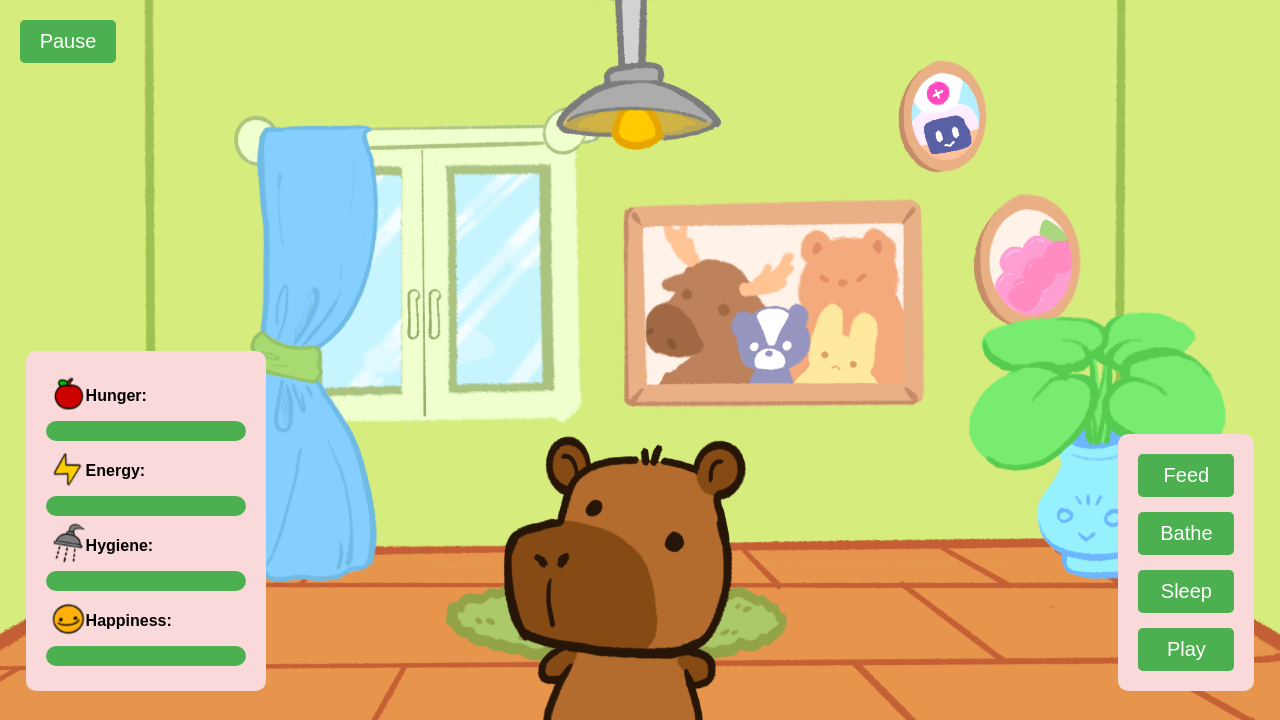
Repository: sarahjx/CapyCare
Page: html/index.html
These files come from the project's save history. The page is drawn as it stood at one moment and after the next save; the edit follows.
The browser window is 1280 px wide. The pictures show the whole page.
Some web fonts or font styles are not loaded; a fallback is used.

Above is the page before, as saved 2025-05-01 15:08:59.
Console error: TypeError: Cannot set properties of null (setting 'innerText')

### html/index.html
<!-- @format -->

<!DOCTYPE html>
<html lang="en">
  <head>
    <meta charset="UTF-8" />
    <meta name="viewport" content="width=device-width, initial-scale=1.0" />
    <title>Virtual Pet Game</title>
    <link rel="preconnect" href="https://fonts.googleapis.com">
    <link rel="preconnect" href="https://fonts.gstatic.com" crossorigin>
    <link href="https://fonts.googleapis.com/css2?family=McLaren&display=swap" rel="stylesheet">
    <link rel="stylesheet" href="../css/statusbar.css" />
  </head>
  <body>

    <div class="pet-container">
      <img class="pet-image" src="../images/capybara.png" alt="capybara" />
    </div>

    <div class="status-bar-container">

      <div class="status-bar">
        <div class="status-icon-container">
        <span class="hunger-icon"><img src="../images/hunger.svg" alt="hunger icon"></span>
        <span class="status-label">Hunger:</span>
        </div>
        <div class="status-progress">
          <div id="hunger-fill" class="status-fill"></div>
        </div>
        <div id="hunger-warning" class="warning"></div>
      </div>

      <div class="status-bar">
        <div class="status-icon-container">
        <span class="energy-icon"><img src="../images/energy.svg" alt="energy icon"></span>
        <span class="status-label">Energy:</span>
        </div>
        <div class="status-progress">
          <div id="energy-fill" class="status-fill"></div>
        </div>
        <div id="energy-warning" class="warning"></div>
      </div>

      <div class="status-bar">
        <div class="status-icon-container">
        <span class="hygiene-icon"><img src="../images/hygiene.svg" alt="hygiene icon"></span>
        <span class="status-label">Hygiene:</span>
        </div>
        <div class="status-progress">
          <div id="hygiene-fill" class="status-fill"></div>
        </div>
        <div id="hygiene-warning" class="warning"></div>
      </div>

      <div class="status-bar">
        <div class="status-icon-container">
        <span class="happiness-icon"><img src="../images/happiness.svg" alt="hygiene icon"></span>
        <span class="status-label">Happiness:</span>
        </div>
        <div class="status-progress">
          <div id="happiness-fill" class="status-fill"></div>
        </div>
        <div id="happiness-warning" class="warning"></div>
      </div>
    </div>

      <div class="action-buttons">
        <button class="action-button" onclick="feedPet(currentPet)">Feed</button>
        <button class="action-button" onclick="bathePet(currentPet)">Bathe</button>
        <button class="action-button" onclick="bedtime(currentPet)">Sleep</button>
        <button class="action-button" onclick="touchPet(currentPet)">Play</button>
      </div>
      <button class="pause-button" onclick="togglePause()" class="pause-button">
        Pause
      </button>
    </div>

    <div id="gameOverOverlay" class="game-over-overlay">
      <div class="game-over-content">
        <h2>Game Over</h2>
        <p id="gameOverMessage"></p>
        <button onclick="resetGame()">Restart</button>
      </div>
    </div>

    <script src="../backend/status.js"></script>
  </body>
</html>

### css/statusbar.css
/** @format */

:root {
  --primary-color: #f9d9d9;
  --secondary-color: #d9e7f9;
  --tertiary-color: #fff1fb;
  --accent-color: #f7efd7;
  --text-color: #333;
  --spacing-xs: 0.5rem;
  --spacing-sm: 0.75rem;
  --spacing-md: 1rem;
  --spacing-lg: 1.5rem;
  --spacing-xl: 2rem;
  --spacing-xxl: 3rem;
  --font-family: "McLaren", sans-serif;
  --font-size-xs: 0.75rem;
  --font-size-sm: 0.875rem;
  --font-size-md: 1rem;
  --font-size-lg: 1.125rem;
  --font-size-xl: 1.25rem;
  --font-size-xxl: 1.5rem;
}

body {
  font-family: var(--font-family);
  margin: 0 auto;
  padding: 20px;
  background-image: url("../images/room.png");
  background-size: cover;
  background-repeat: no-repeat;
  background-attachment: fixed;
  background-position: center;
  transition: background-image 0.3s ease;
}

body.lights-off {
  background-image: url("../images/room-lights-off.png");
}

.pet-container {
  display: flex;
  flex-direction: column;
  align-items: center;
  justify-content: center;
}

.pet-image {
  transform: scale(0.3);
  position: fixed;
  margin-top: 1200px;
}

.status-bar-container {
  position: fixed;
  background-color: var(--primary-color);
  padding: 20px;
  border-radius: 10px;
  display: inline-flex;
  flex-direction: column;
  bottom: 4%;
  left: 2%;
}

.status-icon-container {
  display: flex;
  align-items: center;
  margin-bottom: 0;
}

.hunger-icon,
.energy-icon,
.happiness-icon,
.hygiene-icon {
  width: 10px;
  height: auto;
  margin-right: 30px;
}

.status-bar {
  margin: 0;
}

.status-label {
  display: inline-block;
  width: 100px;
  font-weight: bold;
  margin: 0;
}

.status-progress {
  width: 200px;
  height: 20px;
  background-color: #ffffff;
  border-radius: 10px;
  overflow: hidden;
  position: relative;
}

.status-fill {
  height: 100%;
  width: 100%;
  position: absolute;
  left: 0;
  top: 0;
  background-color: #4caf50;
  transition: width 0.3s ease;
}

.status-row {
  display: flex;
  align-items: center;
  gap: 10px;
  margin-bottom: 10px;
}

.status-icon {
  width: 24px;
  height: 24px;
}

.status-value {
  min-width: 50px;
  text-align: right;
  font-weight: bold;
  color: #333;
}

.action-buttons {
  margin-top: 20px;
  display: inline-flex;
  flex-direction: column;
  padding: 20px;
  border-radius: 10px;
  gap: 15px;
  background-color: var(--primary-color);
  position: fixed;
  right: 2%;
  bottom: 4%;
}

button {
  padding: 10px;
  border: none;
  border-radius: 5px;
  background-color: #4caf50;
  color: white;
  cursor: pointer;
  transition: background-color 0.3s;
  width: 6rem;
  font-family: var(--font-family);
  font-weight: 7pt;
  font-size: var(--font-size-xl);
}

button:hover {
  background-color: #45a049;
}

.warning {
  color: #ff9800;
  font-weight: bold;
  margin-top: 5px;
}

.critical {
  color: #f44336;
  font-weight: bold;
  margin-top: 5px;
}

.hidden {
  display: none;
}

.game-over-overlay {
  position: fixed;
  top: 0;
  left: 0;
  right: 0;
  bottom: 0;
  width: 100%;
  height: 100%;
  background-color: rgba(0, 0, 0, 0.2);
  display: none;
  z-index: 1000;
  margin: 0;
  padding: 0;
}

.game-over-content {
  position: fixed;
  flex-direction: column;
  justify-content: center;
  align-items: center;
  left: 50%;
  top: 50%;
  transform: translate(-50%, -50%);
  padding: 50px;
  background-color: rgba(0, 0, 0, 0.5);
  color: white;
  border-radius: 10px;
  z-index: 1001;
  min-width: 300px;
}

### backend/status.js
/** @format */

function Personality(favFood, active, clean, clingy, foodLover, introText) {
  this.favFood = favFood;
  this.active = active;
  this.clean = clean;
  this.clingy = clingy;
  this.foodLover = foodLover;
  this.intro = introText;
}

const mix1 = new Personality(
  "Sunfruit",
  true,
  true,
  true,
  true,
  "This pet is energetic and playful, always ready to explore or play. They love the taste of Sunfruit and will happily eat it when offered, but they'll need constant attention, so expect lots of petting and cuddling. Despite their active nature, they stay clean and are easy to bathe. This pet loves affection and will return it in kind!"
);
const mix2 = new Personality(
  "Snakberry",
  true,
  true,
  false,
  true,
  "This pet is full of energy and loves to make the most of their days. They are particularly fond of Snakberries, which they will devour happily, but they tend to get hungry more often due to their high energy levels. Despite their active nature, they keep themselves clean and are easy to bathe. They're not overly clingy, so while they'll happily spend time with you, they won't be demanding affection constantly."
);
const mix3 = new Personality(
  "Dreamleaf",
  false,
  false,
  true,
  false,
  "This pet is laid-back and enjoys spending time with you, always seeking your company. They love Dreamleaf as a treat, but they're not particularly food-driven and don't get hungry as often. While they may get a little dirty from time to time, they tend to move around when you try to bathe them. Expect them to seek out your attention frequently, and be ready to shower them with love when they come to you for pets."
);

const personalities = [mix1, mix2, mix3];

// Global variables
let currentPet = null;
let hunger = 100;
let energy = 100;
let hygiene = 100;
let happiness = 100;
let isGameOver = false;
let isPaused = false;

// Store interval IDs globally
let hungerInterval = null;
let energyInterval = null;
let hygieneInterval = null;
let happinessInterval = null;

// Initialize the game
function initializeGame() {
  currentPet = getRandomPersonality();
  hunger = 100;
  energy = 100;
  hygiene = 100;
  happiness = 100;
  updateStatusBars();
  updateIntervals();
}

function getRandomPersonality() {
  const randomIndex = Math.floor(Math.random() * personalities.length);
  currentPet = personalities[randomIndex];
  console.log("New pet initialized:", currentPet.intro);
  return currentPet;
}

// Personality-based status decrease functions
function decreaseHunger() {
  if (!currentPet || isGameOver) return;
  const decreaseAmount = currentPet.foodLover ? 15 : 10;
  hunger = Math.max(0, hunger - decreaseAmount);
  updateStatusBars();
  if (hunger === 0 && checkGameOver()) return;
}

function decreaseEnergy() {
  if (!currentPet || isGameOver) return;
  const decreaseAmount = currentPet.active ? 15 : 10;
  energy = Math.max(0, energy - decreaseAmount);
  updateStatusBars();
  if (energy === 0 && checkGameOver()) return;
}

function decreaseHygiene() {
  if (!currentPet || isGameOver) return;
  const decreaseAmount = currentPet.clean ? 8 : 12;
  hygiene = Math.max(0, hygiene - decreaseAmount);
  updateStatusBars();
  if (hygiene === 0 && checkGameOver()) return;
}

function decreaseHappiness() {
  if (!currentPet || isGameOver) return;
  const decreaseAmount = currentPet.clingy ? 15 : 10;
  happiness = Math.max(0, happiness - decreaseAmount);
  updateStatusBars();
  if (happiness === 0 && checkGameOver()) return;
}

// Update intervals with personality-based timing
function updateIntervals() {
  // Clear any existing intervals
  if (hungerInterval) clearInterval(hungerInterval);
  if (energyInterval) clearInterval(energyInterval);
  if (hygieneInterval) clearInterval(hygieneInterval);
  if (happinessInterval) clearInterval(happinessInterval);

  // Set new intervals based on personality
  hungerInterval = setInterval(
    () => {
      decreaseHunger();
      warning();
    },
    currentPet.foodLover ? 6000 : 8000
  );

  energyInterval = setInterval(
    () => {
      decreaseEnergy();
      warning();
    },
    currentPet.active ? 8000 : 12000
  );

  hygieneInterval = setInterval(
    () => {
      decreaseHygiene();
      warning();
    },
    currentPet.clean ? 18000 : 15000
  );

  happinessInterval = setInterval(
    () => {
      decreaseHappiness();
      warning();
    },
    currentPet.clingy ? 8000 : 10000
  );

  console.log("Intervals updated for pet:", currentPet.intro);
}

// Pause game function
function pauseGame() {
  if (hungerInterval) clearInterval(hungerInterval);
  if (energyInterval) clearInterval(energyInterval);
  if (hygieneInterval) clearInterval(hygieneInterval);
  if (happinessInterval) clearInterval(happinessInterval);
  console.log("Game paused");
}

// Resume game function
function resumeGame() {
  updateIntervals();
  console.log("Game resumed");
}

function touchPet(personality) {
  if (personality.clingy) {
    gainStatus("happiness");
    console.log("Your pet loves the attention!");
  } else {
    loseStatus("happiness");
    console.log("Your pet prefers their space.");
  }
}

function feedPet(personality) {
  gainStatus("hunger"); // Always increase hunger
  if (personality.foodLover) {
    gainStatus("happiness");
    console.log("Your pet loves the food!");
  } else {
    loseStatus("happiness");
    console.log("Your pet isn't very interested in food.");
  }
}

function bathePet(personality) {
  gainStatus("hygiene"); // Always increase hygiene
  if (personality.clean) {
    gainStatus("happiness");
    console.log("Your pet enjoys being clean!");
  } else {
    loseStatus("happiness");
    console.log("Your pet doesn't like baths.");
  }
}

function bedtime(personality) {
  const petImage = document.querySelector(".pet-image");
  if (petImage) {
    // Store the current image to return to
    const currentImage = petImage.src;

    // Show sleeping animation and turn off lights
    petImage.src = "../images/Sleep.PNG";
    document.body.classList.add("lights-off");

    // After 3 seconds, restore the previous state
    setTimeout(() => {
      updatePetImage();
      document.body.classList.remove("lights-off");
    }, 3000);
  }

  gainStatus("energy"); // Always increase energy
  if (personality.active) {
    loseStatus("happiness");
    console.log("Your pet is too energetic to sleep!");
  } else {
    gainStatus("happiness");
    console.log("Your pet enjoys resting.");
  }
}

function gainStatus(category) {
  switch (category) {
    case "hunger":
      if (hunger >= 100) {
        console.log("Hunger is full!");
      } else if (hunger < 100) {
        hunger += 10;
        console.log("Hunger: " + hunger);
      }
      break;
    case "energy":
      if (energy >= 100) {
        console.log("Energy is full!");
      } else if (energy < 100) {
        energy += 10;
        console.log("Energy: " + energy);
      }
      break;
    case "hygiene":
      if (hygiene >= 100) {
        console.log("Hygiene is full!");
      } else if (hygiene < 100) {
        hygiene += 10;
        console.log("Hygiene: " + hygiene);
      }
      break;
    case "happiness":
      if (happiness >= 100) {
        console.log("Happiness is full!");
      } else if (happiness < 100) {
        happiness += 10;
        console.log("Happiness: " + happiness);
      }
      break;
    default:
      console.log("Invalid category");
  }
}

function loseStatus(category) {
  switch (category) {
    case "hunger":
      if (hunger <= 0) {
        console.log("Hunger is empty!");
        hunger = 0;
      } else if (hunger > 0) {
        hunger -= 10;
        console.log("Hunger: " + hunger);
      }
      break;
    case "energy":
      if (energy <= 0) {
        console.log("Energy is empty!");
        energy = 0;
      } else if (energy > 0) {
        energy -= 10;
        console.log("Energy: " + energy);
      }
      break;
    case "hygiene":
      if (hygiene <= 0) {
        console.log("Hygiene is empty!");
        hygiene = 0;
      } else if (hygiene > 0) {
        hygiene -= 10;
        console.log("Hygiene: " + hygiene);
      }
      break;
    case "happiness":
      if (happiness <= 0) {
        console.log("Happiness is empty!");
        happiness = 0;
      } else if (happiness > 0) {
        happiness -= 3;
        console.log("Happiness: " + happiness);
      }
      break;
    default:
      console.log("Invalid category");
  }
}

function warning() {
  // Hunger warnings
  if (hunger <= 50 && hunger > 20) {
    document.getElementById("hunger-warning").textContent =
      "Your pet is getting hungry!";
    document.getElementById("hunger-warning").className = "warning";
  } else if (hunger <= 20 && hunger > 0) {
    document.getElementById("hunger-warning").textContent =
      "Your pet is starving!";
    document.getElementById("hunger-warning").className = "critical";
  } else {
    document.getElementById("hunger-warning").textContent = "";
  }

  // Energy warnings
  if (energy <= 50 && energy > 20) {
    document.getElementById("energy-warning").textContent =
      "Your pet is getting tired!";
    document.getElementById("energy-warning").className = "warning";
  } else if (energy <= 20 && energy > 0) {
    document.getElementById("energy-warning").textContent =
      "Your pet is exhausted!";
    document.getElementById("energy-warning").className = "critical";
  } else {
    document.getElementById("energy-warning").textContent = "";
  }

  // Hygiene warnings
  if (hygiene <= 50 && hygiene > 20) {
    document.getElementById("hygiene-warning").textContent =
      "Your pet needs a bath!";
    document.getElementById("hygiene-warning").className = "warning";
  } else if (hygiene <= 20 && hygiene > 0) {
    document.getElementById("hygiene-warning").textContent =
      "Your pet is filthy!";
    document.getElementById("hygiene-warning").className = "critical";
  } else {
    document.getElementById("hygiene-warning").textContent = "";
  }

  // Happiness warnings
  if (happiness <= 50 && happiness > 20) {
    document.getElementById("happiness-warning").textContent =
      "Your pet is getting sad!";
    document.getElementById("happiness-warning").className = "warning";
  } else if (happiness <= 20 && happiness > 0) {
    document.getElementById("happiness-warning").textContent =
      "Your pet is depressed!";
    document.getElementById("happiness-warning").className = "critical";
  } else {
    document.getElementById("happiness-warning").textContent = "";
  }
}

function checkGameOver() {
  if (hunger <= 0 || energy <= 0 || hygiene <= 0 || happiness <= 0) {
    isGameOver = true;
    pauseGame();
    showGameOver();
    return true;
  }
  return false;
}

function showGameOver() {
  let reason = "";
  if (hunger <= 0) reason = "Your pet starved to death!";
  else if (energy <= 0) reason = "Your pet died from exhaustion!";
  else if (hygiene <= 0) reason = "Your pet died from poor hygiene!";
  else if (happiness <= 0) reason = "Your pet died from sadness!";

  console.log("GAME OVER: " + reason);
  document.getElementById("gameOverMessage").textContent = reason;
  document.getElementById("gameOverOverlay").style.display = "block";
  document.querySelector(".game-over-content").style.display = "flex";
}

function resetGame() {
  isGameOver = false;
  hunger = 100;
  energy = 100;
  hygiene = 100;
  happiness = 100;
  document.getElementById("gameOverOverlay").style.display = "none";
  document.querySelector(".game-over-content").style.display = "none";
  currentPet = getRandomPersonality();
  updateStatusBars();
  updateIntervals();
}

function togglePause() {
  isPaused = !isPaused;
  const pauseButton = document.getElementById("pauseButton");
  const buttons = document.querySelectorAll(
    ".buttons button:not(#pauseButton)"
  );

  if (isPaused) {
    pauseButton.textContent = "Resume";
    pauseButton.classList.add("paused");
    buttons.forEach((button) => (button.disabled = true));
    pauseGame();
  } else {
    pauseButton.textContent = "Pause";
    pauseButton.classList.remove("paused");
    buttons.forEach((button) => (button.disabled = false));
    resumeGame();
  }
}

// Update status bars
function updateStatusBars() {
  // Update the width of each status bar
  document.getElementById("hunger-fill").style.width = hunger + "%";
  document.getElementById("energy-fill").style.width = energy + "%";
  document.getElementById("happiness-fill").style.width = happiness + "%";
  document.getElementById("hygiene-fill").style.width = hygiene + "%";

  // Update pet image based on status
  updatePetImage();
}

// Override console.log to update UI
const originalConsoleLog = console.log;
console.log = function () {
  originalConsoleLog.apply(console, arguments);
  updateStatusBars();
};

// Simple toggle function
function toggleActions() {
  document.getElementById("action-buttons-column").classList.toggle("hidden");
  document.getElementById("toggle-button").classList.toggle("hidden");
}

// Initialize the game when the page loads
window.addEventListener("load", function () {
  initializeGame();
  // Update status bars every second
  setInterval(updateStatusBars, 1000);
});

// stopwatch

let [hours, minutes, seconds] = [0, 0, 0];
let timer = null;

function updateDisplay() {
  document.getElementById("display").innerText =
    `${String(hours).padStart(2, "0")}:` +
    `${String(minutes).padStart(2, "0")}:` +
    `${String(seconds).padStart(2, "0")}`;
}

function stopwatch() {
  seconds++;
  if (seconds === 60) {
    seconds = 0;
    minutes++;
    if (minutes === 60) {
      minutes = 0;
      hours++;
    }
  }
  updateDisplay();
}

function start() {
  if (timer !== null) return;
  timer = setInterval(stopwatch, 1000);
}

function stop() {
  clearInterval(timer);
  timer = null;
}

function reset() {
  stop();
  [hours, minutes, seconds] = [0, 0, 0];
  updateDisplay();
}

updateDisplay();

function updatePetImage() {
  const petImage = document.querySelector(".pet-image");
  if (!petImage) return;

  // Check if any status is 0 (dead)
  if (hunger <= 0 || energy <= 0 || hygiene <= 0 || happiness <= 0) {
    petImage.src = "../images/Fuckingdead.PNG";
    return;
  }

  // Check for multiple states
  if (hunger <= 60 && hygiene <= 60 && energy <= 60) {
    petImage.src = "../images/Dirty:Hungry:Tired.PNG";
  } else if (hunger <= 60 && hygiene <= 60) {
    petImage.src = "../images/Dirty:hungry.PNG";
  } else if (hunger <= 60 && energy <= 60) {
    petImage.src = "../images/Hungry:Tired.PNG";
  } else if (hygiene <= 60 && energy <= 60) {
    petImage.src = "../images/Dirty:Tired.PNG";
  } else if (energy <= 60) {
    petImage.src = "../images/Sleepy.PNG";
  } else if (hunger <= 60) {
    petImage.src = "../images/Hungry.PNG";
  } else if (hygiene <= 60) {
    petImage.src = "../images/Dirty.PNG";
  } else {
    petImage.src = "../images/Idle.PNG";
  }
}

After the next save:
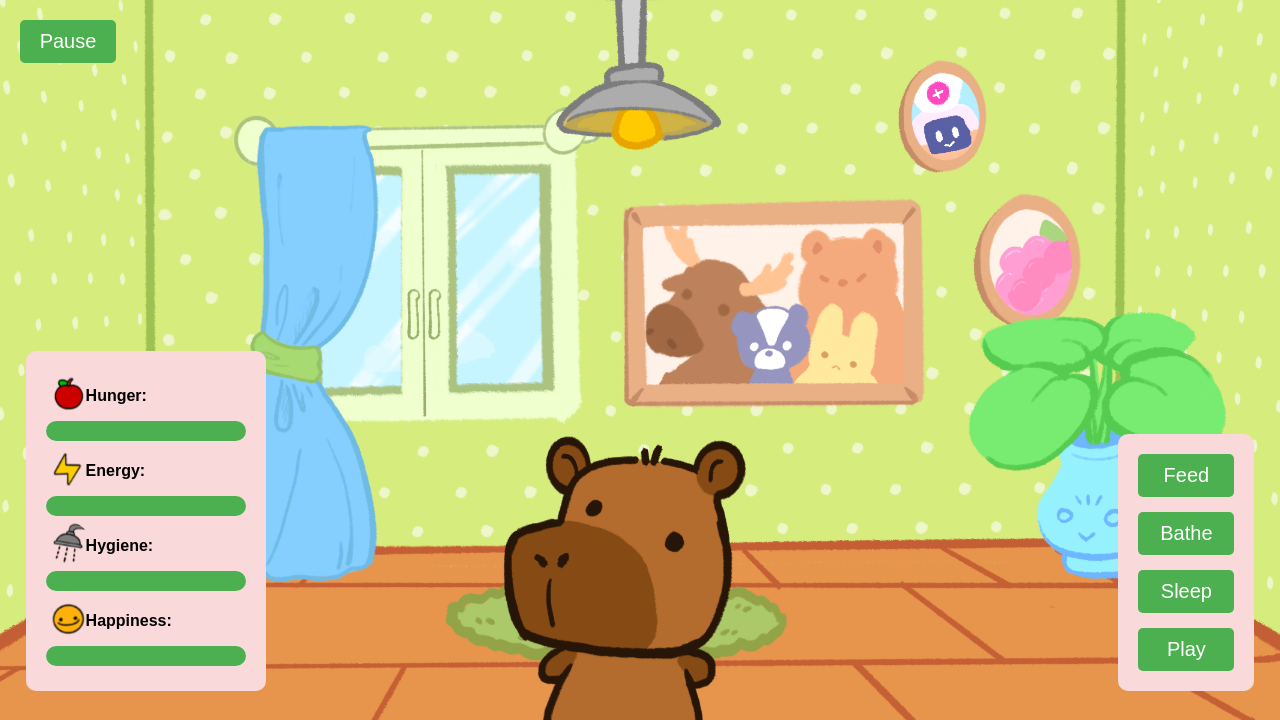
Saved 2 min 13 s later.
--- a/css/statusbar.css
+++ b/css/statusbar.css
@@ -25,7 +25,7 @@ body {
   font-family: var(--font-family);
   margin: 0 auto;
   padding: 20px;
-  background-image: url("../images/room.png");
+  background-image: url("../images/LightsOn.PNG");
   background-size: cover;
   background-repeat: no-repeat;
   background-attachment: fixed;
@@ -34,7 +34,7 @@ body {
 }
 
 body.lights-off {
-  background-image: url("../images/room-lights-off.png");
+  background-image: url("../images/LightsOff.PNG");
 }
 
 .pet-container {
